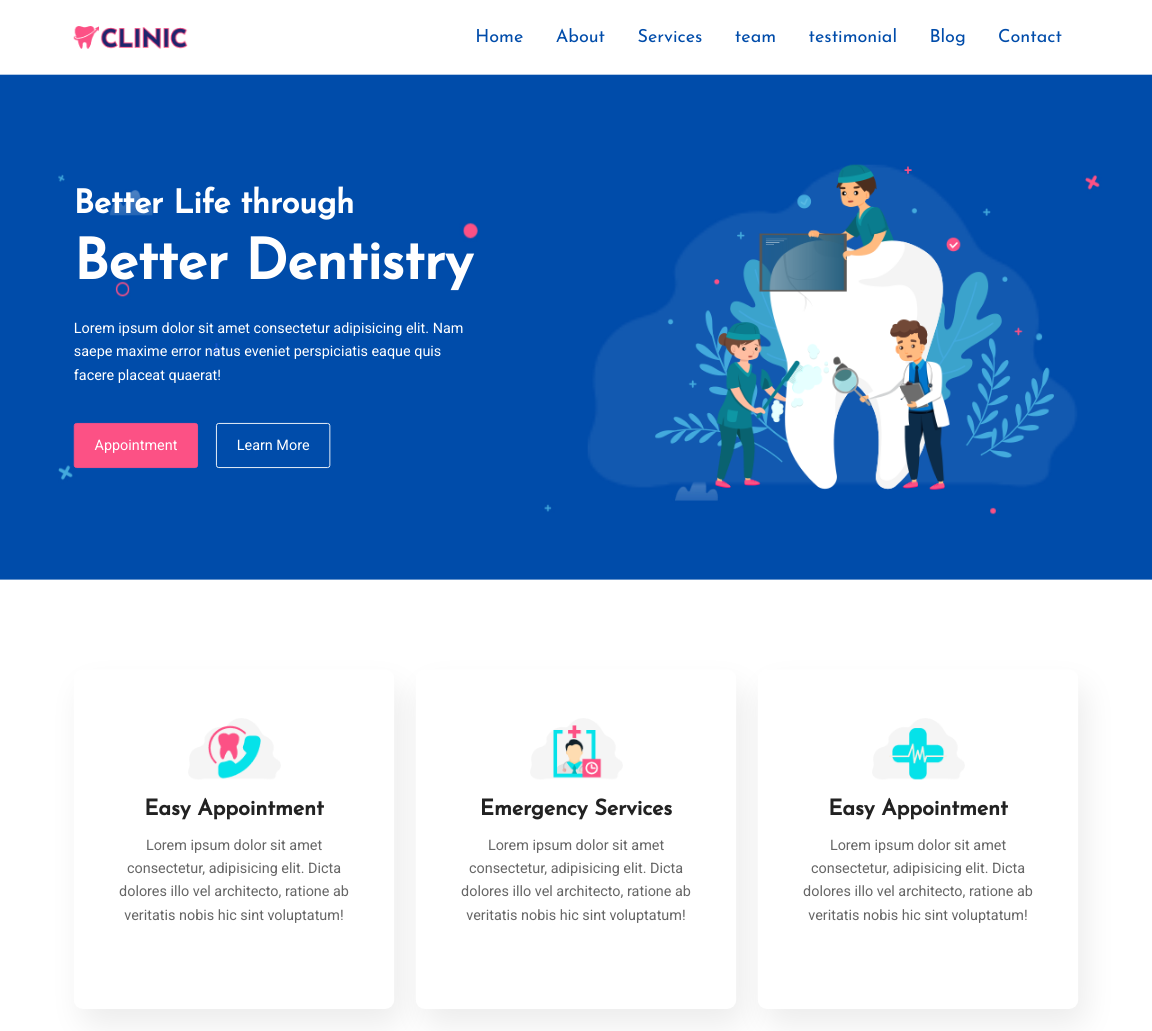
Repository: rsbappy/Project-13
Page: index.html
The author's editor kept a copy of each file at every save. The page is drawn from the files as they stood at one save, then again after the next save.
The browser window is 1280 px wide. The pictures show the whole page, at 90% of full size.
Some web libraries are served in a nearby version.

Above is the page before, as saved 2022-08-19 11:33:49.
Console error: TypeError: Cannot read properties of null (reading 'classList')

After the next save:
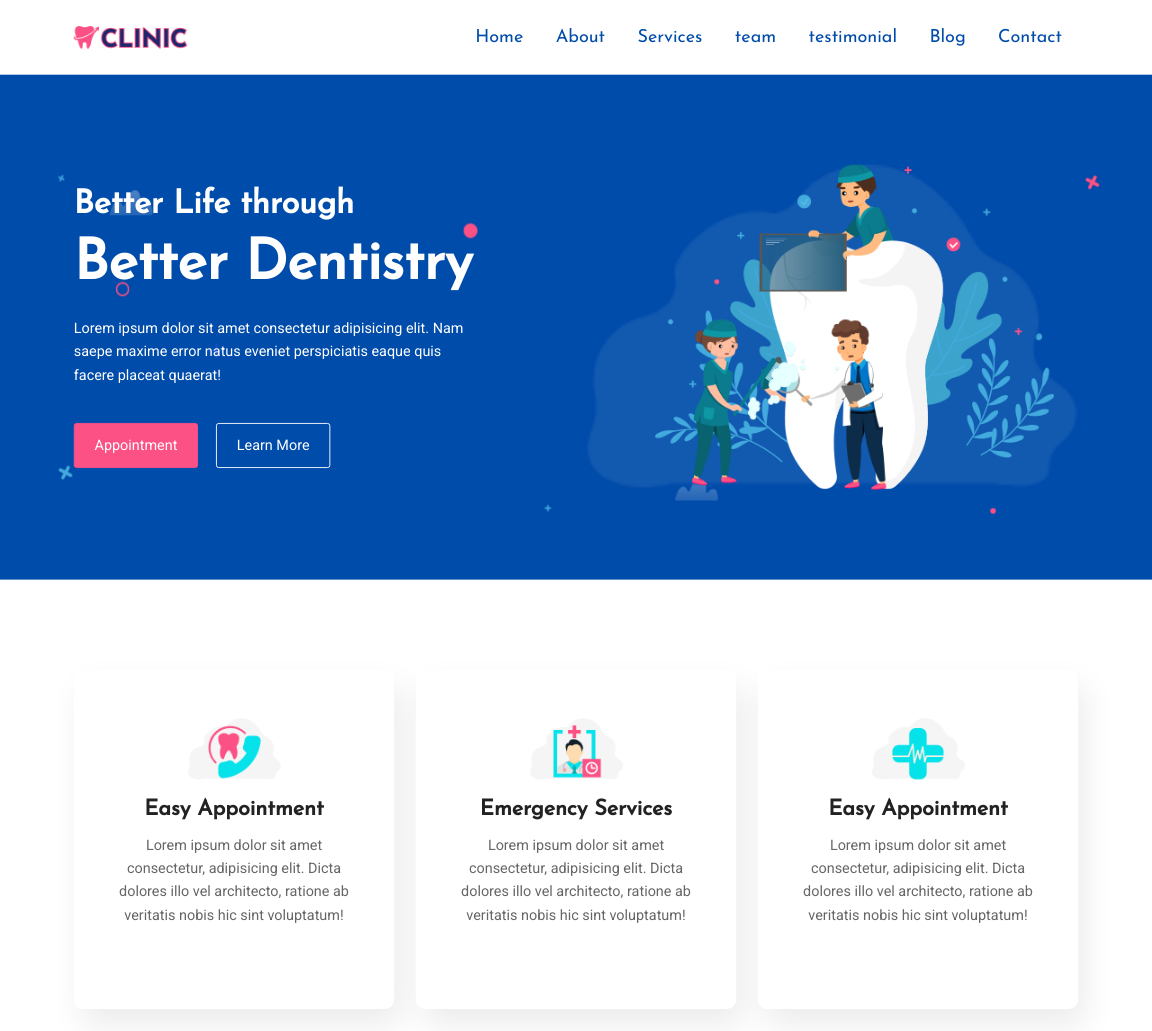
Saved 7 s later.
--- a/css/style.css
+++ b/css/style.css
@@ -259,4 +259,5 @@ p {
 
 .banner_wrapper .animate-img .aimg1 {
     left: -5.687rem;
-}
+    position: absolute;
+}
